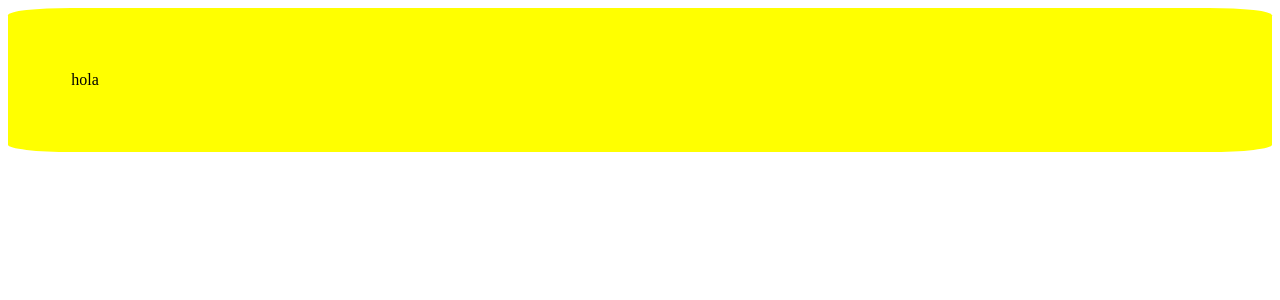
Repository: gabrielardevol/portfolio-react
Page: javascript_domestika/exercici_memory/html.html
These files come from the project's save history. The page is drawn as it stood at one moment and after the next save; the edit follows.
The browser window is 1280 px wide. The pictures show the whole page.

Above is the page before, as saved 2022-12-20 22:31:28.
Console error: TypeError: Cannot set properties of null (setting 'textContent')

### javascript_domestika/exercici_memory/html.html
<head>
  <meta charset="UTF-8">
  <style>
    .carta {
      border-radius: 5%;
      box-shadow: 1cm;
      padding: 5%;
      background-color: yellow;
    }
      </style>
</head>
<body>
  <div class = "carta"> hola </div>
  <script src = "js.js"></script>
</body>

### javascript_domestika/exercici_memory/js.js
arrayDeTargetas1 = ["🐷","🥵","🔥","🍆","💦","😛","👀","💋"]
text = document.querySelector("#text")
console.log(arrayDeTargetas1)
text.textContent = "adéu"

After the next save:
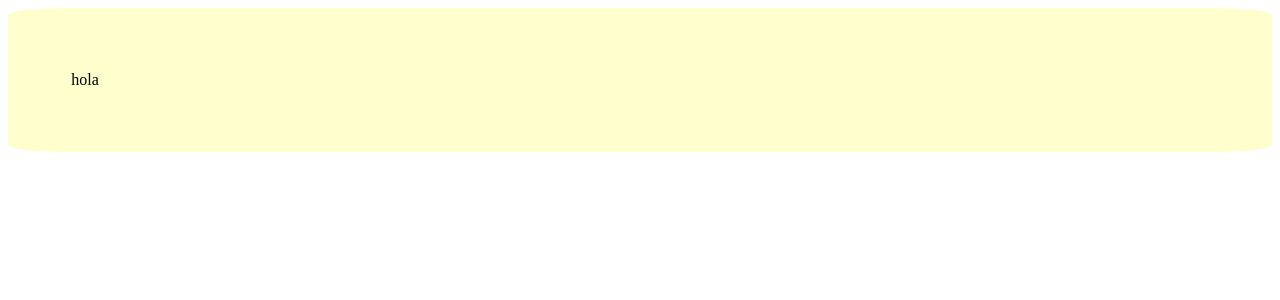
Saved 15 s later.
--- a/javascript_domestika/exercici_memory/html.html
+++ b/javascript_domestika/exercici_memory/html.html
@@ -5,7 +5,7 @@
       border-radius: 5%;
       box-shadow: 1cm;
       padding: 5%;
-      background-color: yellow;
+      background-color: rgb(255, 255, 205);
     }
       </style>
 </head>
